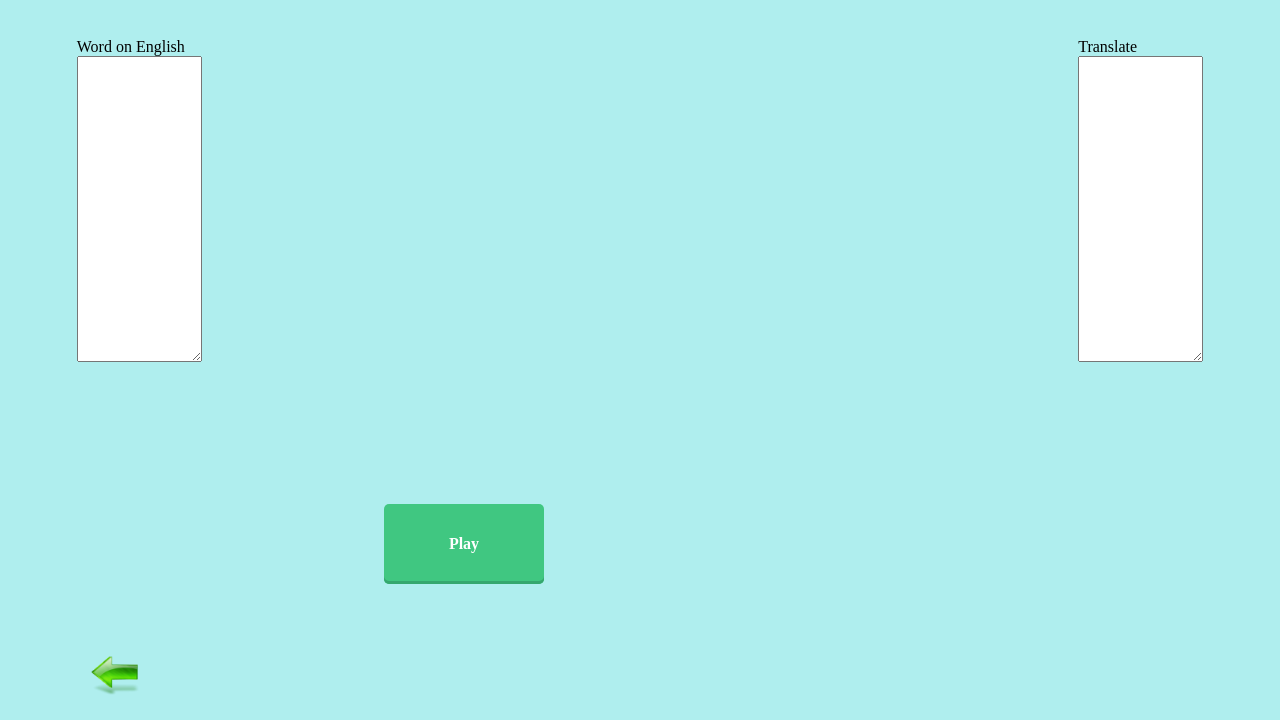
Repository: Artem-Brunov/msu_prac
Page: workspace/BasicUI/FastPlay.html
An editor plug-in stored every save of this project. The page is shown before and after the next save, followed by the edit.
The browser window is 1280 px wide. The pictures show the whole page.

Above is the page before, as saved 2017-11-20 05:46:34.

### workspace/BasicUI/FastPlay.html
<!DOCTYPE html>
<html>
<head>
    <meta charset="utf-8" />
    <meta name="viewport" content="width=device-width, initial-scale=1.0, maximum-scale=1.0">
    <meta name="description" content="Tizen Mobile Web Basic Template" />

    <title>Tizen Mobile Web Basic Application</title>

	<link rel="stylesheet" type="text/css" href="css/style.css" />
    <link rel="stylesheet" type="text/css" href="css/NewPlaylist.css" />
</head>
<body>
	<div class = "take_1">
		<form name = "Eng">

  			<p>Word on English<br>
  				<textarea cols = "13" rows = "20" wrap = "hard" name = "EngW"></textarea>
  			</p>
  		</form>
  	</div>
  	<div class = take_2>
  		<form name = "Trnslt">
  			<p>Translate<br>
  				<textarea cols = "13" rows = "20" wrap = "hard" name = "Transl"></textarea>
  			</p>
 		</form>
 	</div>
	<div class = "FP">
		<a href = "" class = "first_button">Play</a>
	</div>
	<div class = "BBack">
			<a href = "index.html"><img src="images/Back.png" width="50"
  height="50" alt="One step back"></a>
		</div>
</body>
</html>

### workspace/BasicUI/css/style.css
html,
body {
    width: 100%;
    height: 100%;
    margin: 0 auto;
    padding: 0;
    background: PaleTurquoise;
 }
 .titl{

 	position: absolute;
 	left: 25.5%;
 	top: 10%;
 	color: Gray;
 }
 a.first_button {

	display: block;
	width: 160px;
	height: 80px;
  	line-height: 5em;
	border-radius: 5px;
 	background: rgb(64,199,129);
	box-shadow: 0 -3px rgb(53,167,110) inset;
	font-weight: 900;
  	color: white;
  	text-align: center;
  	text-decoration: none;
  	transition: 0.2s;
}
a.first_button:hover { background: rgb(53, 167, 110); }
a.first_button:active {
  background: rgb(33,147,90);
  box-shadow: 0 3px rgb(33,147,90) inset;
}
.New {
	position: absolute;
  	top: 47%;
  	left: 28%;

}
.Select {
	position: absolute;
  	top: 64%;
  	left: 28%;

}
.FastPlay {
	position: absolute;
  	top: 30%;
  	left: 28%;

}

### workspace/BasicUI/css/NewPlaylist.css
.Return {
	position: absolute;
  	top: 24%;
  	left:50%;

}
.Add {
	position: absolute;
  	top: 4%;
  	left: 50%;
}
.BBack{
	position: absolute;
  	top: 90%;
  	left: 7%;
}
.Settings{
	position: absolute;
	left: 18%;
	top: 10%;
 	color: Gray;
}
.take_1{
	position: absolute;
	left: 6%;
	top: 3%;
}
.take_2{
	position: absolute;
	right: 6%;
	top: 3%;
}
.FP{
	position: absolute;
	left: 30%;
	top: 70%;
}

After the next save:
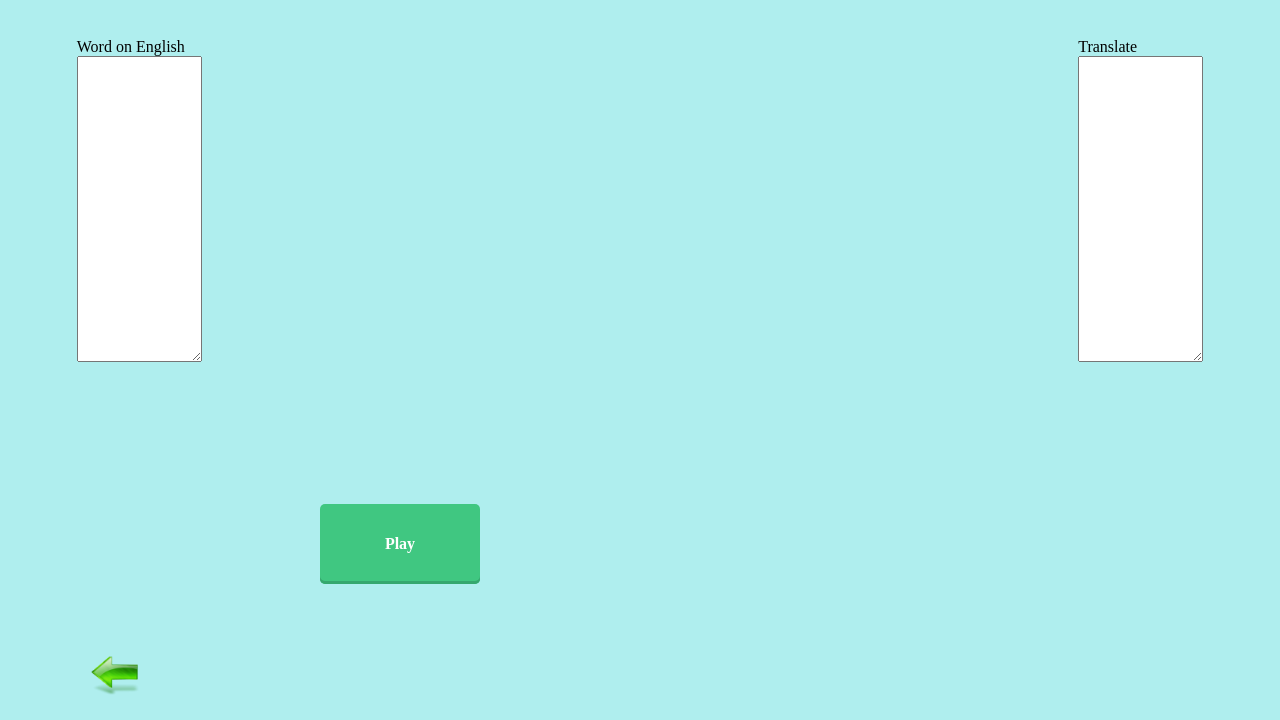
Saved 50 s later.
--- a/workspace/BasicUI/css/NewPlaylist.css
+++ b/workspace/BasicUI/css/NewPlaylist.css
@@ -32,6 +32,6 @@
 }
 .FP{
 	position: absolute;
-	left: 30%;
+	left: 25%;
 	top: 70%;
 }
